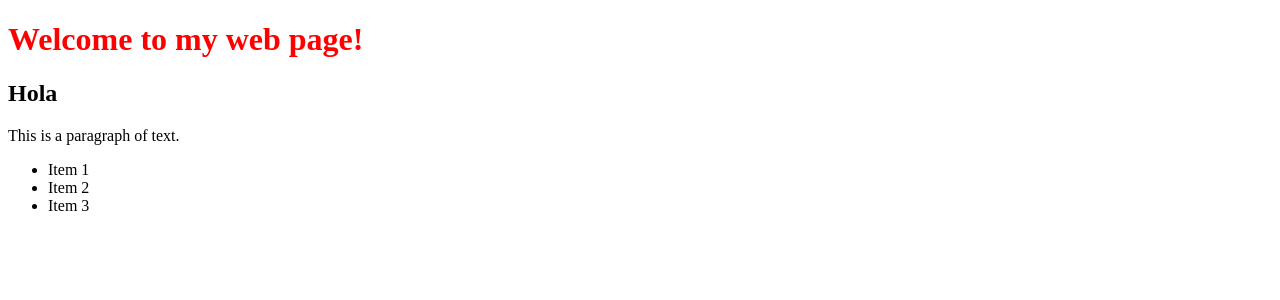
Repository: gadiazsaavedra/Unidad_2
Page: prueba_pagina_web.html
The author's editor kept a copy of each file at every save. The page is drawn from the files as they stood at one save, then again after a run of saves.
The browser window is 1280 px wide. The pictures show the whole page.

Above is the page before, as saved 2023-08-07 11:13:27.

After the next 2 saves:
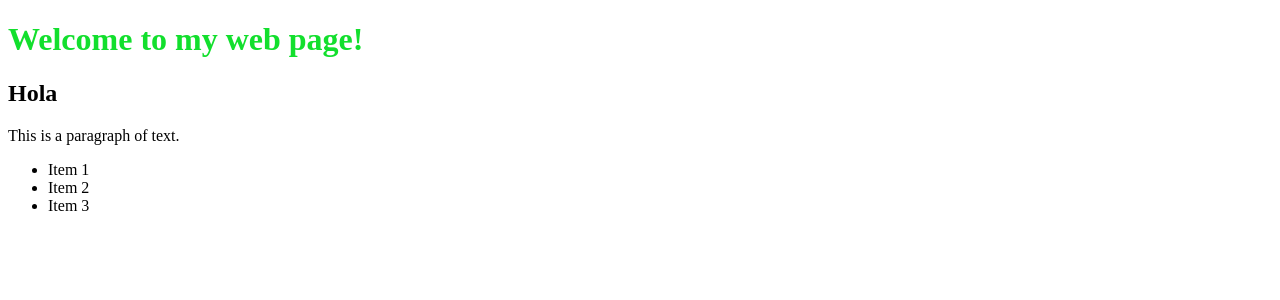
The 2 saves are shown as one change because they came seconds apart.
The last was saved 24 min 29 s later.
--- a/prueba_pagina_web.html
+++ b/prueba_pagina_web.html
@@ -7,7 +7,7 @@
     </style>
 </head>
 <body>
-    <h1 style="color:red">Welcome to my web page!</h1>
+    <h1 style="color:rgb(18, 223, 45)">Welcome to my web page!</h1>
     <h2>Hola</h2>
     <p>This is a paragraph of text.</p>
     <ul>
